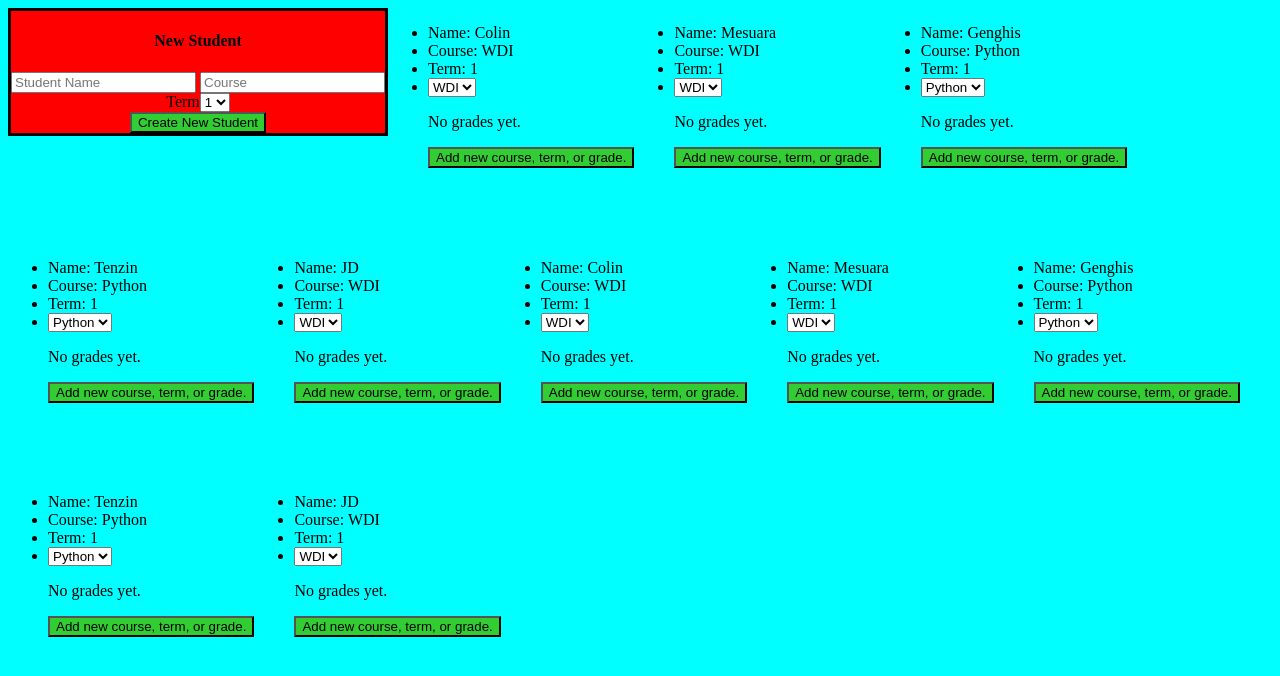
Repository: EdmontDantes/graderaide-ui
Page: index.html
The author's editor kept a copy of each file at every save. The page is drawn from the files as they stood at one save, then again after the next save.
The browser window is 1280 px wide. The pictures show the whole page.

Above is the page before, as saved 2020-04-21 14:44:55.

### index.html
<html lang="en">
  <head>
    <title>Graderaide</title>
    <meta charset="UTF-8">
    <meta name="viewport" content="width=device-width, initial-scale=1">
    <link rel="stylesheet" type="text/css" href="style.css">
  </head>

  <body>
    <section class="app">
      <section class="student-display">

      <section class="new-student-input">
        <h1 id="text-h1-creation-section">New Student</h1>

        <div id="new-student-input-boxes">
          <!-- <label for="new-student-name">Student Name</label> -->
          <input id="new-student-name-input-box"type="text" class="new-student-name" name="new-student-name" placeholder="Student Name">
          <!-- <label for="new-student-course">Course</label> -->
          <input id="new-student-course-input-box" type="text" class="new-student-course" name="new-student-course" placeholder="Course">
        </div>

        <div id="new-student-input-options"
          <label for="new-student-term">Term</label>
          <select class="new-student-term" name="new-student-term">
            <option value="1">1</option>
            <option value="2">2</option>
            <option value="3">3</option>
          </select>
        </div>
        <section class="new-student-submit">
          <button type="submit" class="new-student-button">Create New Student</button>
        </section>
      </section>
    </section>

      <section class="student-display">
        <ul class="student-info">
          <li>Name: Colin</li>
          <li>Course: WDI</li>
          <li>Term: 1</li>
          <li>
            <select class="course-selection">
              <option value="wdi">WDI</option>
            </select>
            <p>No grades yet.</p>
          </li><button>Add new course, term, or grade.</button>
        </ul>
      </section>
      <section class="student-display">
        <ul class="student-info">
          <li>Name: Mesuara</li>
          <li>Course: WDI</li>
          <li>Term: 1</li>
          <li>
            <select class="course-selection">
              <option value="wdi">WDI</option>
            </select>
            <p>No grades yet.</p>
          </li><button>Add new course, term, or grade.</button>
        </ul>
      </section>

      <section class="student-display">
        <ul class="student-info">
          <li>Name: Genghis</li>
          <li>Course: Python</li>
          <li>Term: 1</li>
          <li>
            <select class="course-selection">
              <option value="python">Python</option>
            </select>
            <p>No grades yet.</p>
          </li><button>Add new course, term, or grade.</button>
        </ul>
      </section>

      <section class="student-display">
        <ul class="student-info">
          <li>Name: Tenzin</li>
          <li>Course: Python</li>
          <li>Term: 1</li>
          <li>
            <select class="course-selection">
              <option value="python">Python</option>
            </select>
            <p>No grades yet.</p>
          </li><button>Add new course, term, or grade.</button>
        </ul>
      </section>

      <section class="student-display">
        <ul class="student-info">
          <li>Name: JD</li>
          <li>Course: WDI</li>
          <li>Term: 1</li>
          <li>
            <select class="course-selection">
              <option value="wdi">WDI</option>
            </select>
            <p>No grades yet.</p>
          </li><button>Add new course, term, or grade.</button>
        </ul>
      </section>

      <section class="student-display">
        <ul class="student-info">
          <li>Name: Colin</li>
          <li>Course: WDI</li>
          <li>Term: 1</li>
          <li>
            <select class="course-selection">
              <option value="wdi">WDI</option>
            </select>
            <p>No grades yet.</p>
          </li><button>Add new course, term, or grade.</button>
        </ul>
      </section>
      <section class="student-display">
        <ul class="student-info">
          <li>Name: Mesuara</li>
          <li>Course: WDI</li>
          <li>Term: 1</li>
          <li>
            <select class="course-selection">
              <option value="wdi">WDI</option>
            </select>
            <p>No grades yet.</p>
          </li><button>Add new course, term, or grade.</button>
        </ul>
      </section>

      <section class="student-display">
        <ul class="student-info">
          <li>Name: Genghis</li>
          <li>Course: Python</li>
          <li>Term: 1</li>
          <li>
            <select class="course-selection">
              <option value="python">Python</option>
            </select>
            <p>No grades yet.</p>
          </li><button>Add new course, term, or grade.</button>
        </ul>
      </section>

      <section class="student-display">
        <ul class="student-info">
          <li>Name: Tenzin</li>
          <li>Course: Python</li>
          <li>Term: 1</li>
          <li>
            <select class="course-selection">
              <option value="python">Python</option>
            </select>
            <p>No grades yet.</p>
          </li><button>Add new course, term, or grade.</button>
        </ul>
      </section>

      <section class="student-display">
        <ul class="student-info">
          <li>Name: JD</li>
          <li>Course: WDI</li>
          <li>Term: 1</li>
          <li>
            <select class="course-selection">
              <option value="wdi">WDI</option>
            </select>
            <p>No grades yet.</p>
          </li><button>Add new course, term, or grade.</button>
        </ul>
      </section>
      </section>
    </section>
  </body>
</html>

### style.css
@media (min-width: 601px) and (max-width: 1100px);
body {
    background-color: aqua;
    display: flex;
    flex-wrap: wrap;
    justify-content: center;
}

.app {
    display: flex;
    flex-direction: row;
    flex-wrap: wrap;
    justify-content: ;
}

#text-h1-creation-section {
    display: flex;
    flex-wrap: wrap;
    justify-content: center;
}

#new-student-input-options {
    display: flex;
    flex-wrap: wrap;
    justify-content: center;
}

.new-student-submit {
    display: flex;
    flex-wrap: wrap;
    justify-content: center;
}

.new-student-input {
    display: grid;

    background-color: red;
    border: 3px solid black;

}
button {
    background-color: limegreen ;
}

After the next save:
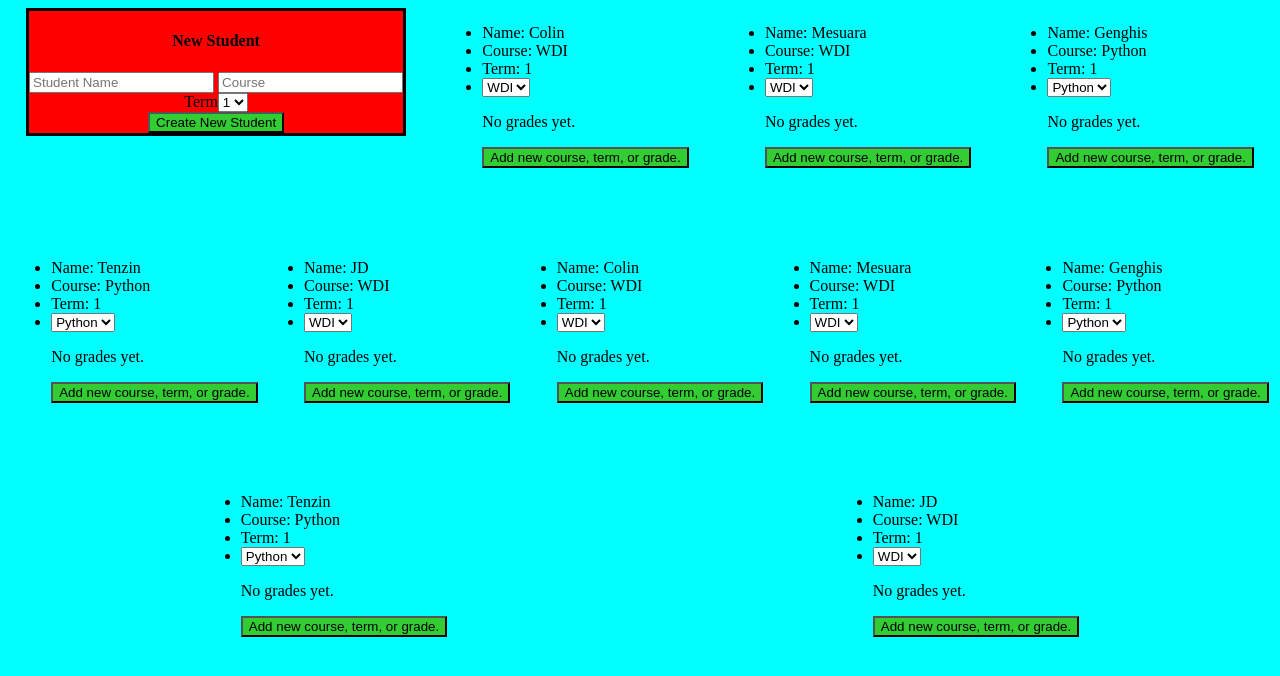
Saved 4 s later.
--- a/style.css
+++ b/style.css
@@ -10,7 +10,7 @@ body {
     display: flex;
     flex-direction: row;
     flex-wrap: wrap;
-    justify-content: ;
+    justify-content: space-around;
 }
 
 #text-h1-creation-section {
